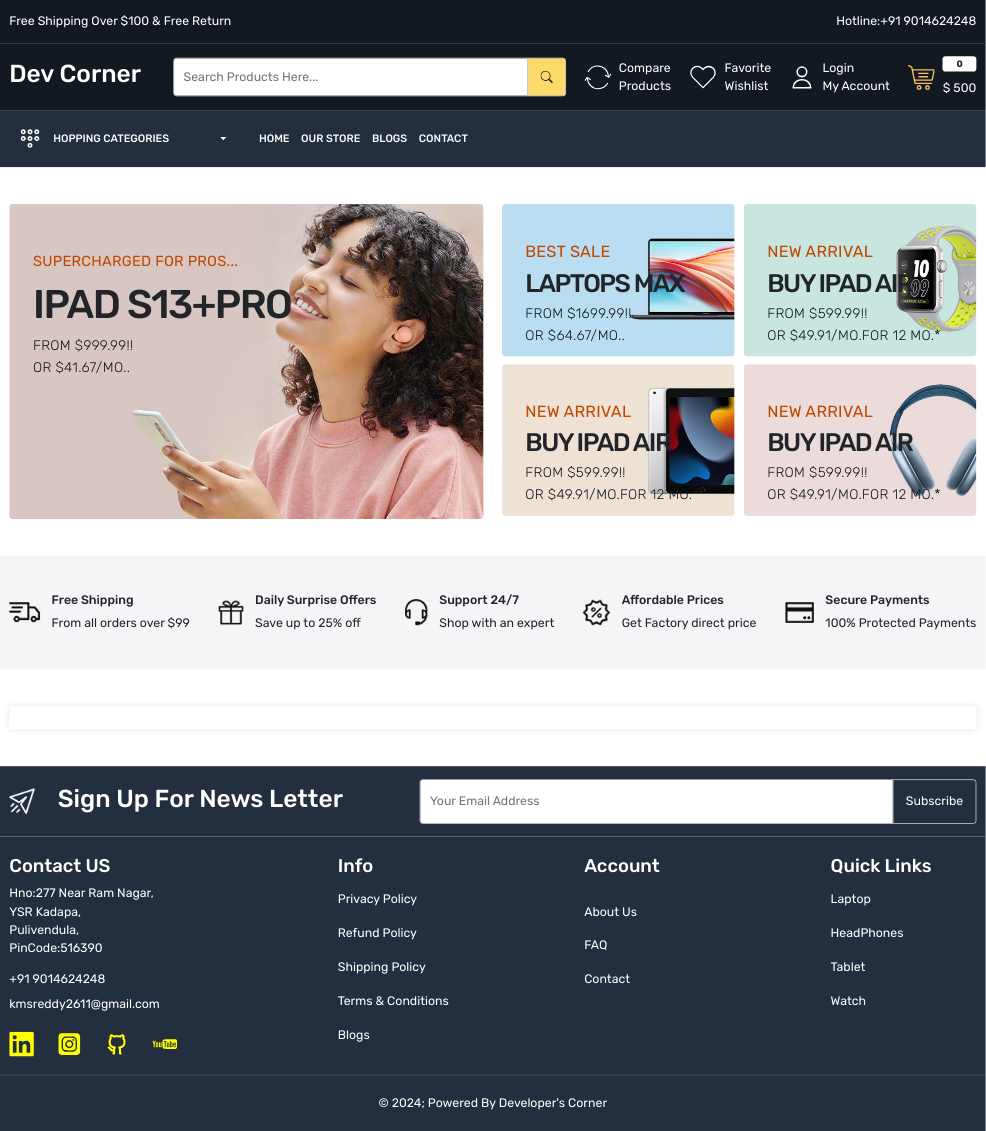
Repository: maniheist/ecommerce-app
Page: /
An editor plug-in stored every save of this project. The page is shown before and after the next save, followed by the edit.
The browser window is 1280 px wide. The pictures show the whole page, at 77% of full size.
The project was rebuilt for these pictures with package versions that can differ from the ones it lists, and the page was loaded fresh each time. Also part of the build but not shown: src/pages/About.js, src/pages/Contact.js.

Above is the page before, as saved 2024-02-18 19:30:28.

### public/index.html
<!DOCTYPE html>
<html lang="en">
  <head>
    <meta charset="utf-8" />
    <link rel="icon" href="%PUBLIC_URL%/favicon.ico" />
    <meta name="viewport" content="width=device-width, initial-scale=1" />
    <meta name="theme-color" content="#000000" />
    <meta
      name="description"
      content="Web site created using create-react-app"
    />
    <link rel="apple-touch-icon" href="%PUBLIC_URL%/logo192.png" />

    <link rel="preconnect" href="https://fonts.googleapis.com" />
    <link rel="preconnect" href="https://fonts.gstatic.com" crossorigin />
    <link
      href="https://fonts.googleapis.com/css2?family=Rubik:ital,wght@0,300..900;1,300..900&display=swap"
      rel="stylesheet"
    />
    <link
      href="https://cdn.jsdelivr.net/npm/bootstrap@5.0.2/dist/css/bootstrap.min.css"
      rel="stylesheet"
      integrity="sha384-EVSTQN3/azprG1Anm3QDgpJLIm9Nao0Yz1ztcQTwFspd3yD65VohhpuuCOmLASjC"
      crossorigin="anonymous"
    />
    <link rel="manifest" href="%PUBLIC_URL%/manifest.json" />

    <title>React Redux App</title>
  </head>
  <body>
    <noscript>You need to enable JavaScript to run this app.</noscript>
    <div id="root"></div>
    <script
      src="https://cdn.jsdelivr.net/npm/bootstrap@5.0.2/dist/js/bootstrap.bundle.min.js"
      integrity="sha384-MrcW6ZMFYlzcLA8Nl+NtUVF0sA7MsXsP1UyJoMp4YLEuNSfAP+JcXn/tWtIaxVXM"
      crossorigin="anonymous"
    ></script>
  </body>
</html>

### src/index.js
import React from 'react';
import { createRoot } from 'react-dom/client';

import App from './App';

const container = document.getElementById('root');
const root = createRoot(container);

root.render(

      <App />

);

### src/App.js
import React from 'react';
import './App.css';
import {BrowserRouter,Routes,Route} from "react-router-dom";
import Layout from "./components/Layout";
import Home from "./pages/Home"
import About from "./pages/About"
import Contact from "./pages/Contact"

function App() {
  return (
    <>
      <BrowserRouter>
        <Routes>
        <Route path="/" element={<Layout />}>
<Route index element={<Home />} />
<Route path="about" element={<About />}/>
<Route path="contact" element={<Contact />}/>


        </Route>

        </Routes>
      </BrowserRouter>
    </>

  );
}

export default App;

### src/App.css
*{
  margin:0;
  padding:0;
  box-sizing:border-box;
}
:root{
  --color-131921:#131921;
  --color-3b4149:#3b4149;
--color-febd69:#fedb69;
--color-232f3e:#232f3e;
--color-bf4800:#bf4800;
--color-f5f5f7:#f5f5f7;

}

.button{
  background-color:var(--color-232f3e) ;
  color: white;
  padding: 13px 33px;
  font-size: 14px;
  border-radius: 15px;
}
.button:hover{
  background-color: var(--color-febd69);
  color:#131921
}
body {
  font-family:"Rubik", sans-serif;
}
a {
  text-decoration:none;
  display:inline-block;
}

.form-control:focus{
  box-shadow:none;
  border-color: inherit;
}

/*header part*/
.header-top-strip{
  border-bottom: 1px solid var(--color-3b4149);
  background-color:var(--color-131921) ;
}

.header-upper{
  background-color: var(--color-131921);
}

.header-bottom{
  background-color: var(--color-232f3e);
}

.header-upper .input-group-text{
  background-color: var(--color-febd69);
}

.header-upper.header-upper-links img{
  width:35px;
  height: 35px;
}

.gap-10{
  gap: 10px;
}

.gap-15{
  gap: 15px;
}

.gap-30{
  gap: 30px;
}
.header-bottom .menu-links a,
.header-bottom .dropdown button
{
  color: white;
  font-size: 14px;
  line-height: 18px;
  font-weight: 480;
  letter-spacing:0.3;
  text-transform: uppercase;
}

.header-bottom .dropdown button:focus{
  box-shadow: none;
}

.header-bottom .dropdown-menu{
  background-color: var(--color-131921);
  width:100%;
  transform: translate3d(0px,57px,0px) !important;
}

.header-bottom .dropdown-item{
  padding:20px;
  margin-bottom: 3px;
  border-bottom: 1px solid var(--color-3b4149)
  ;

}
.header-bottom .dropdown-item:hover{
  background-color: transparent;
  color: var(--color-febd69) !important;
}
/*header part end */


/*footer part  */

footer{
  background-color: var(--color-232f3e);
}



footer:not(:first-child){
  border-top:1px solid rgba(255,255,255,0.1);

}

footer .input-group-text{
  background-color: var(--color-232f3e);
  color:white;
  padding:8px 17px;
}
/* footer part end */

/*Home page*/

.main-banner-content{
  top:15%;
  left:5%;
}

.main-banner-content h4{

  font-size: 19px;
  font-weight: 400;
  line-height: 24px;
  color:var(--color-bf4800);
  margin: 0 0 12px;
  letter-spacing: 0.3px;
  text-transform: uppercase;

}

.main-banner-content h5{
  font-size: 52px;
  font-weight: 500;
  line-height: 64px;
  letter-spacing: -2px;
  text-transform: none;

}

.main-banner-content p{
  font-size: 18px;
  line-height: 28px;
  letter-spacing: 0.4px;
  font-weight: 100;
  color: var(--color-131921);
}


.small-banner-content{
  top:25%;
  left:10%;
}

.small-banner-content h4{

  font-size: 21px;
  font-weight: 400;
  line-height: 24px;
  color:var(--color-bf4800);
  margin: 0 0 12px;
  letter-spacing: 0.3px;
  text-transform: uppercase;
}
.small-banner-content h5{
  font-size: 33px;
  font-weight: 500;
  line-height: 34px;
  letter-spacing: -2px;
  text-transform: none;

}

.small-banner-content p{
  font-size: 18px;
  line-height: 28px;
  letter-spacing: 0.4px;
  font-weight: 100;
  color: var(--color-131921);
}

.small-banner{
  width: 49%;

}


/* Home wrapper 2 */

.home-wrapper-2{
  background-color: var(--color-f5f5f7);

}

/* Home wrapper 2 ends */

/* categories section */

.categories{
  background-color: white;
  box-shadow: 0 0 10px #0000001a;
  padding: 15px;
}

/* categories end */

/* Home Page End */

### src/components/Layout.js
import React from 'react'
import {Outlet} from "react-router-dom";
import Header from "./Header";
import Footer from "./Footer";
const Layout = () => {
  return (
    <>
            <Header />
            <Outlet />
            <Footer />

    </>
  )
}

export default Layout

### src/pages/Home.js
import React from 'react'
import {Link} from 'react-router-dom';
const Home = () => {
  return <>
    <section className='home-wrapper-1 py-5'>
      <div className='container-xxl'>
      <div className='row'>
        <div className='col-6'>
          <div className='main-banner position-relative'>
            <img src='images/main-banner-1.jpg' className='img-fluid rounded-3' alt='main banner' />
            <div className='main-banner-content position-absolute'>
              <h4>SUPERCHARGED FOR PROS...</h4>
              <h5>IPAD S13+PRO</h5>
              <p>FROM $999.99!! <br /> OR $41.67/MO..</p>
            </div>


          </div>
        </div>
        <div className='col-6'>
          <div className='d-flex flex-wrap gap-10 justify-content-between align-items-center'>
             <div className='small-banner position-relative'>
            <img src='images/catbanner-01.jpg' className='img-fluid rounded-3' alt='small banner' />
            <div className='small-banner-content position-absolute'>
              <h4>BEST SALE</h4>
              <h5>LAPTOPS MAX</h5>
              <p>FROM $1699.99!!<br />OR $64.67/MO..</p>
            </div>

          </div>



          <div className='small-banner position-relative'>
            <img src='images/catbanner-02.jpg' className='img-fluid rounded-3' alt='small banner' />
            <div className='small-banner-content position-absolute'>
              <h4>NEW ARRIVAL</h4>
              <h5>BUY IPAD AIR</h5>
              <p>FROM $599.99!!<br />OR $49.91/MO.FOR 12 MO.*</p>
            </div>

          </div>
          <div className='small-banner position-relative'>
            <img src='images/catbanner-03.jpg' className='img-fluid rounded-3' alt='small banner' />
            <div className='small-banner-content position-absolute'>
              <h4>NEW ARRIVAL</h4>
              <h5>BUY IPAD AIR</h5>
              <p>FROM $599.99!!<br />OR $49.91/MO.FOR 12 MO.*</p>
            </div>

          </div>
          <div className='small-banner position-relative'>
            <img src='images/catbanner-04.jpg' className='img-fluid rounded-3' alt='small banner' />
            <div className='small-banner-content position-absolute'>
              <h4>NEW ARRIVAL</h4>
              <h5>BUY IPAD AIR</h5>
              <p>FROM $599.99!!<br />OR $49.91/MO.FOR 12 MO.*</p>
            </div>

          </div>
          </div>
          </div>
        </div>
      </div>
    </section>

    <section className='home-wrapper-2 py-5'>
      <div className='container-xxl'>
        <div className='row'>
          <div className='col-12'>
            <div className='services d-flex align-items-center justify-content-between'>
            <div className='d-flex align-items-center gap-15'><img src="images/service.png" alt="services" />
            <div>
            <h6>Free Shipping</h6>
            <p className='mb-0'>From all orders over $99</p>
            </div>
            </div>
            <div className='d-flex align-items-center gap-15'><img src="images/service-02.png" alt="services" />
            <div>
            <h6>Daily Surprise Offers</h6>
            <p className='mb-0'>Save up to 25% off</p>
            </div>
            </div>
            <div className='d-flex align-items-center gap-15'><img src="images/service-03.png" alt="services" />
            <div>
            <h6>Support 24/7</h6>
            <p className='mb-0'>Shop with an expert</p>
            </div>
            </div>
            <div className='d-flex align-items-center gap-15'><img src="images/service-04.png" alt="services" />
            <div>
            <h6>Affordable Prices</h6>
            <p className='mb-0'>Get Factory direct price</p>
            </div>
            </div>
            <div className='d-flex align-items-center gap-15'><img src="images/service-05.png" alt="services" />
            <div>
            <h6>Secure Payments</h6>
            <p className='mb-0'>100% Protected Payments</p>
            </div>
            </div>

            </div>
          </div>
        </div>
      </div>
    </section>

    <section className='hame-wrapper-2 py-5'>
      <div className='container-xxl'>
        <div className='row'>
          <div className='col-12'>
          <div className='categories d-flex justify-content-between align-items-center'>


          </div>

          </div>
        </div>
      </div>
    </section>
  </>
}

export default Home

### src/components/Header.js
import React from 'react'
import {NavLink,Link} from "react-router-dom"
import {BsSearch} from "react-icons/bs"
const Header = () => {
  return <>
  <header className='header-top-strip py-3'>
    <div className='container-xxl'>
      <div className='row'>
        <div className='col-6'>
          <p className='text-white mb-0'>Free Shipping Over $100 & Free Return</p>
        </div>
        <div className='col-6'>
          <p className='text-end text-white mb-0'>
            Hotline:
            <a className='text-white' href='tel:+9014624248'>+91 9014624248</a>
          </p>
        </div>
      </div>
    </div>
  </header>
  <header className='header-upper py-3'>
    <div className='container-xxl'>
      <div className='row align-items-center'>
        <div className='col-2'>
          <h2><Link className='text-white'>
            Dev Corner
          </Link></h2>
        </div>
        <div className='col-5'>
          <div className="input-group">
  <input type="text" className="form-control py-2" placeholder="Search Products Here..." aria-label="Search Products Here..." aria-describedby="basic-addon2"/>
  <span className="input-group-text p-3" id="basic-addon2"><BsSearch className='fs-6' /></span>
</div>
        </div>
        <div className='col-5'>
          <div className='header-upper-links d-flex align-items-center justify-content-between'>
            <div>
              <Link className='d-flex align-items-center gap-10 text-white'>
              <img src="/images/compare.svg" alt='compare' />
                <p className='mb-0'>Compare <br /> Products</p>
              </Link>
            </div>
            <div>
              <Link className='d-flex align-items-center gap-10 text-white'>
              <img src="/images/wishlist.svg" alt='wishlist' />
                <p className='mb-0'>Favorite <br /> Wishlist</p>
              </Link>
            </div>
            <div>
              <Link className='d-flex align-items-center gap-10 text-white'>
              <img src="/images/user.svg" alt='user' />
                <p className='mb-0'>Login <br /> My Account</p>
              </Link>
            </div>
            <div>
              <Link className='d-flex align-items-center gap-10 text-white'>
            <img src="/images/cart.svg" alt='cart' />
                <div className='d-flex flex-column gap-10'>
                <span className='badge bg-white text-dark'>0</span>
                <p className='mb-0'>$ 500</p>

                </div>
              </Link>
            </div>
          </div>
        </div>
      </div>
    </div>
  </header>
<header className='header-bottom py-3'>
  <div className='container-xxl'>
    <div className='row'>
      <div className='col-12'>
        <div className='menu-bottom d-flex align-items-center gap-30'>
        <div>
          <div className="dropdown">
  <button className="btn btn-secondary dropdown-toggle bg-transparent border-0 gap-15 d-flex align-items-center" type="button" id="dropdownMenuButton1" data-bs-toggle="dropdown" aria-expanded="false">
    <img src="images/menu.svg" alt=""/><span className='me-5 d-inline-blocto'>hopping Categories</span>
  </button>
  <ul className="dropdown-menu" aria-labelledby="dropdownMenuButton1">
    <li><to className="dropdown-item text-white" to="">Pants</to></li>
    <li><to className="dropdown-item text-white" to="">Shirts</to></li>
    <li><to className="dropdown-item text-white" to="">Shorts</to></li>
  </ul>
</div>
        </div>
        <div className='menu-links'>
          <div className='d-flex align-items-center gap-15'>
            <NavLink className='text-white' to="/">Home</NavLink>
            <NavLink className='text-white' to="/">Our Store</NavLink>
            <NavLink className='text-white' to="/">Blogs</NavLink>
            <NavLink className='text-white' to="/contact">Contact</NavLink>
          </div>
        </div>

        </div>
      </div>
    </div>
  </div>
</header>


  </>
}

export default Header

### src/components/Footer.js

import React from 'react'
import { SiLinkedin } from "react-icons/si";
import { RiGithubLine } from "react-icons/ri";
import { ImYoutube2 } from "react-icons/im";
import { FaSquareInstagram } from "react-icons/fa6";
import {Link} from 'react-router-dom';
const Footer = () => {
  return <>
    <footer className='py-3'>
        <div className='container-xxl'>
            <div className='row align-items-center'>
                <div className='col-5'>
                    <div className='footer-top-data d-flex gap-30 align-items-center'>
                        <img src="images/newsletter.png" alt="newsletter" />
                        <h2 className='text-white'>Sign Up For News Letter</h2>
                    </div>
                </div>
                <div className='col-7'>
                    <div className="input-group">
  <input type="text" className="form-control py-1" placeholder="Your Email Address" aria-label="Your Email Address..." aria-describedby="basic-addon2"/>
  <span className="input-group-text p-3" id="basic-addon2">Subscribe</span>
</div>
                </div>
            </div>
        </div>
    </footer>
    <footer className='py-4'>
        <div className='container-xxl'>
            <div className="row">
                <div className='col-4'>
                <h4 className="text-white">Contact US</h4>
                <div>
                    <address className='text-white fs-6'>Hno:277 Near Ram Nagar,
                    <br />YSR Kadapa, <br />Pulivendula,<br />PinCode:516390</address>

                    <a href='tel:+91 9014624248' className='mt-3 d-block mb-1 text-white'>+91 9014624248</a>
                    <a href='mailto:kmsreddy2611@gmail.com' className='mt-2 d-block mb-0 text-white'>kmsreddy2611@gmail.com</a>
                    <div className='social_icons d-flex align-items-center gap-30 mt-4'>
                    <a className="text-white" href=''>
                    <SiLinkedin className='fs-2' color="yellow"/>
                    </a>
                    <a className="text-white" href=''>
                    <FaSquareInstagram className='fs-2' color='yellow'/>
                    </a>

                    <a className="text-white" href=''>
                    <RiGithubLine className='fs-2' color='yellow'/>

                    </a>
                    <a className="text-white" href=''>
                    <ImYoutube2  className='fs-2' color="yellow"/>
                    </a>

                    </div>

                </div>
                </div>
                <div className='col-3'>
                <h4 className="text-white md-4">Info</h4>
                <div className='footer-links d-flex flex-column'>
                    <Link className="text-white py-2 mb-1">Privacy Policy</Link>
                    <Link className="text-white py-2 mb-1">Refund Policy</Link>
                    <Link className="text-white py-2 mb-1">Shipping Policy</Link>
                    <Link className="text-white py-2 mb-1">Terms & Conditions</Link>
                    <Link className="text-white py-2 mb-1">Blogs</Link>
                </div>
                </div>
                <div className='col-3'>
                <h4 className="text-white mb-4">Account</h4>
                <div className='footer-links d-flex flex-column'>
                    <Link className="text-white py-2 mb-1">About Us</Link>
                    <Link className="text-white py-2 mb-1">FAQ</Link>
                    <Link className="text-white py-2 mb-1">Contact</Link>
                </div>
                </div>
                <div className='col-2'>
                <h4 className="text-white">Quick Links</h4>
                <div className='footer-links d-flex flex-column'>
                    <Link className="text-white py-2 mb-1">Laptop</Link>
                    <Link className="text-white py-2 mb-1">HeadPhones</Link>
                    <Link className="text-white py-2 mb-1">Tablet</Link>
                    <Link className="text-white py-2 mb-1">Watch</Link>
                </div>
                </div>
            </div>
        </div>
    </footer>
    <footer className='py-4'>
        <div className='container-xxl'>
            <div className='row'>
                <div className='col-12'>
                <p className='text-center mb-0 text-white'>&copy; { new Date().getFullYear()}; Powered By Developer's Corner</p>

                </div>
            </div>
        </div>
    </footer>
  </>


}

export default Footer

After the next save:
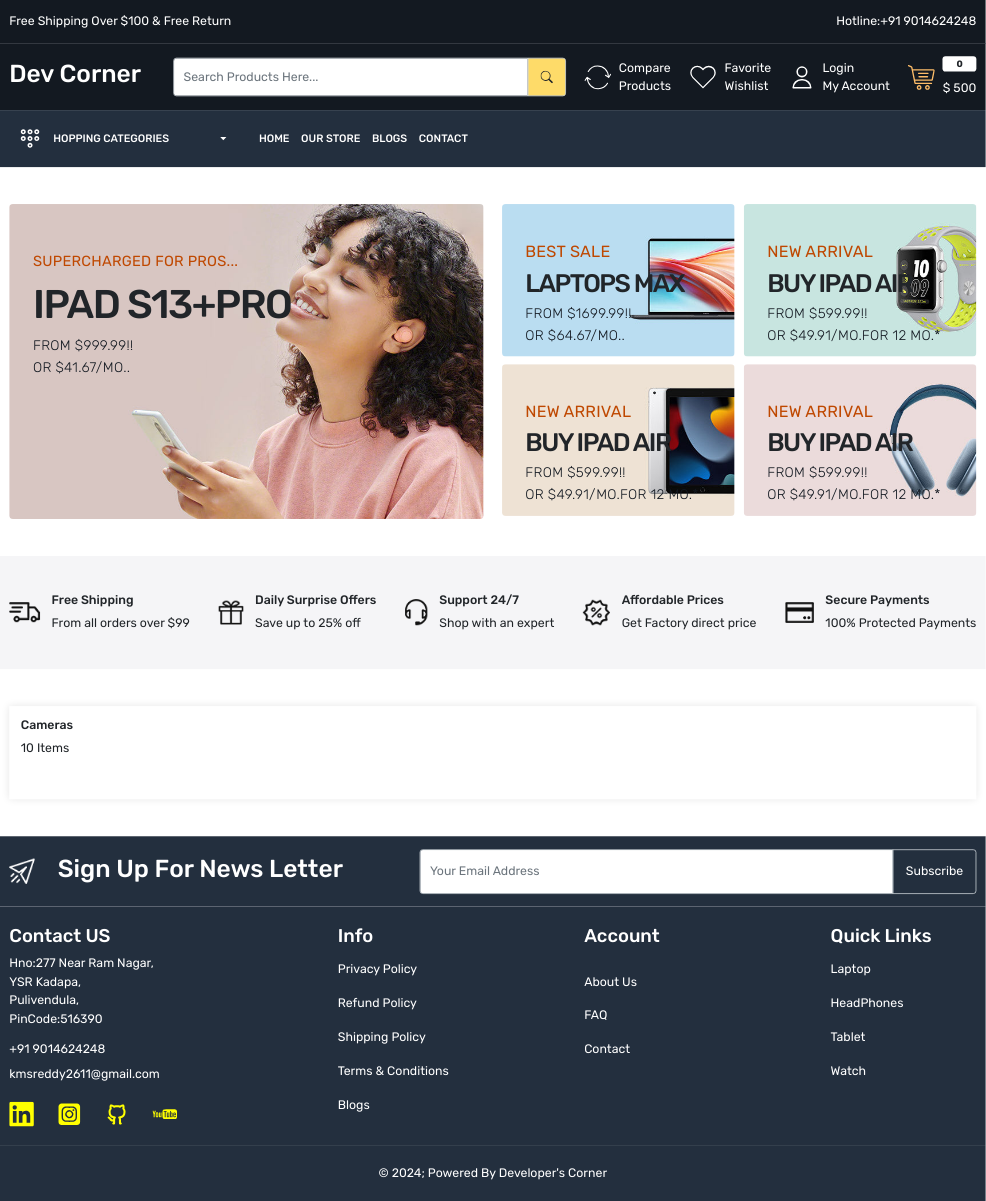
Saved 82 s later.
--- a/src/pages/Home.js
+++ b/src/pages/Home.js
@@ -111,7 +111,14 @@
         <div className='row'>
           <div className='col-12'>
           <div className='categories d-flex justify-content-between align-items-center'>
+          <div className='category-title'>
+            <div>
+              <h6>Cameras</h6>
+              <p>10 Items</p>
+            </div>
+            <img src='' alt=''/>
 
+          </div>
 
           </div>
 
